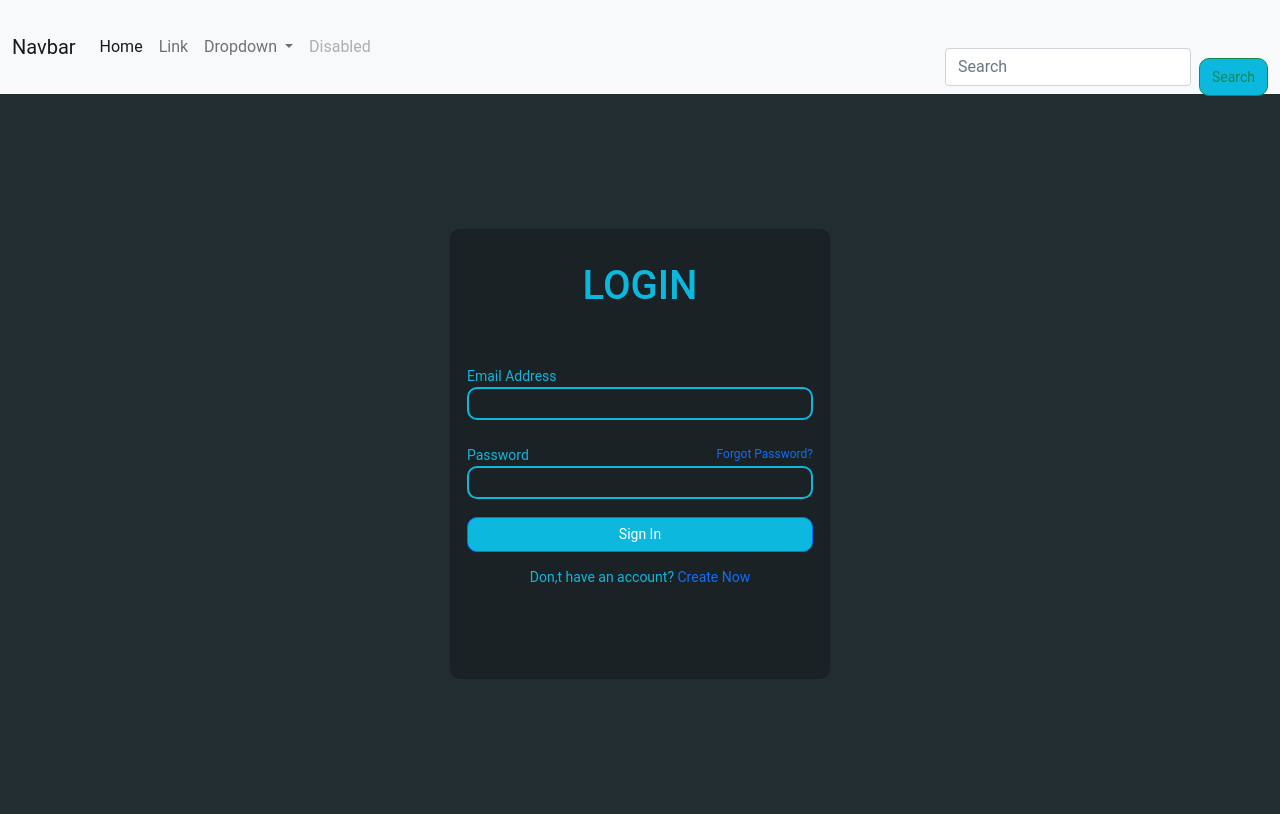
Repository: zjria/Bootstrap_logIn_1
Page: LoginPage/index.html
An editor plug-in stored every save of this project. The page is shown before and after the next save, followed by the edit.
The browser window is 1280 px wide. The pictures show the whole page.

Above is the page before, as saved 2022-06-19 07:20:07.

After the next save:
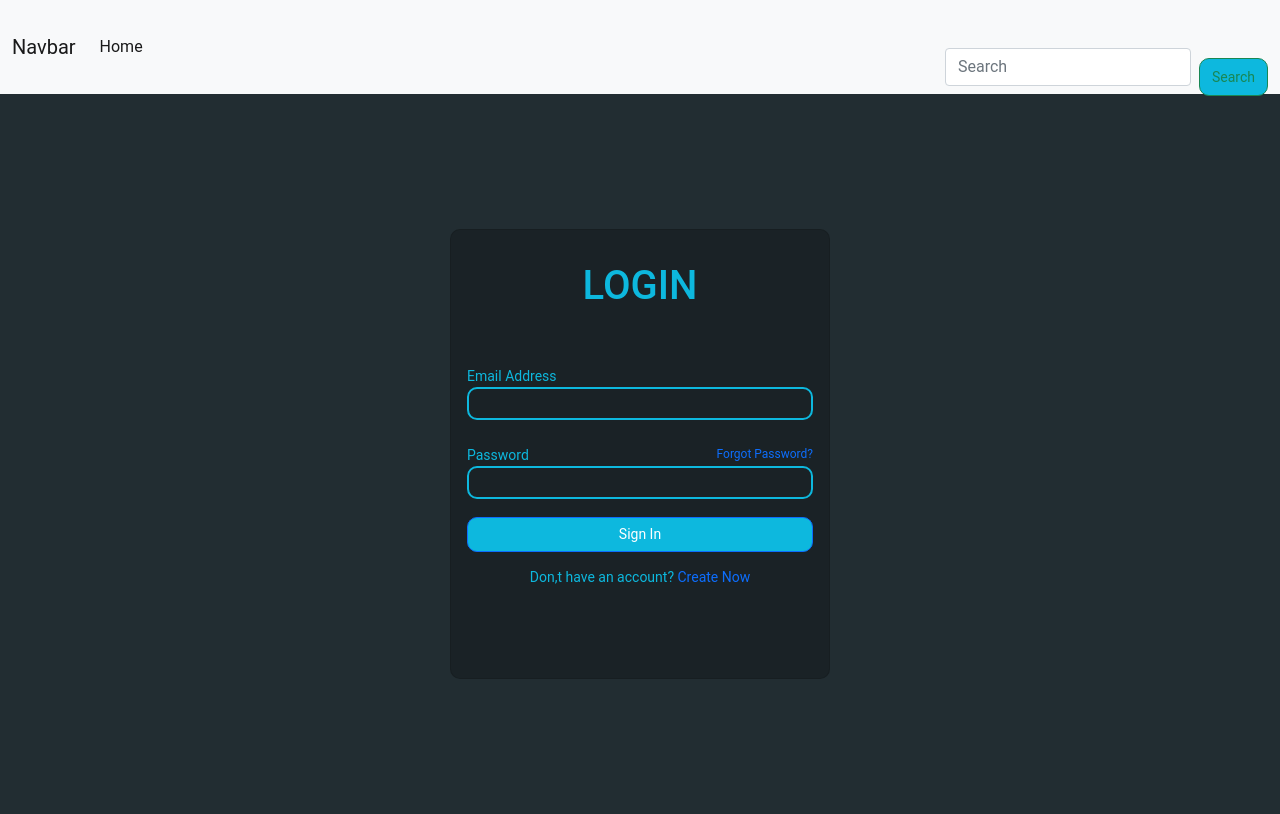
Saved 43 s later.
--- a/LoginPage/index.html
+++ b/LoginPage/index.html
@@ -29,7 +29,7 @@
               <li class="nav-item">
                 <a class="nav-link active" aria-current="page" href="#">Home</a>
               </li>
-              <li class="nav-item">
+              <!-- <li class="nav-item">
                 <a class="nav-link" href="#">Link</a>
               </li>
               <li class="nav-item dropdown">
@@ -45,7 +45,7 @@
               </li>
               <li class="nav-item">
                 <a class="nav-link disabled" href="#" tabindex="-1" aria-disabled="true">Disabled</a>
-              </li>
+              </li> -->
             </ul>
             <form class="d-flex">
               <input class="form-control me-2" type="search" placeholder="Search" aria-label="Search">
